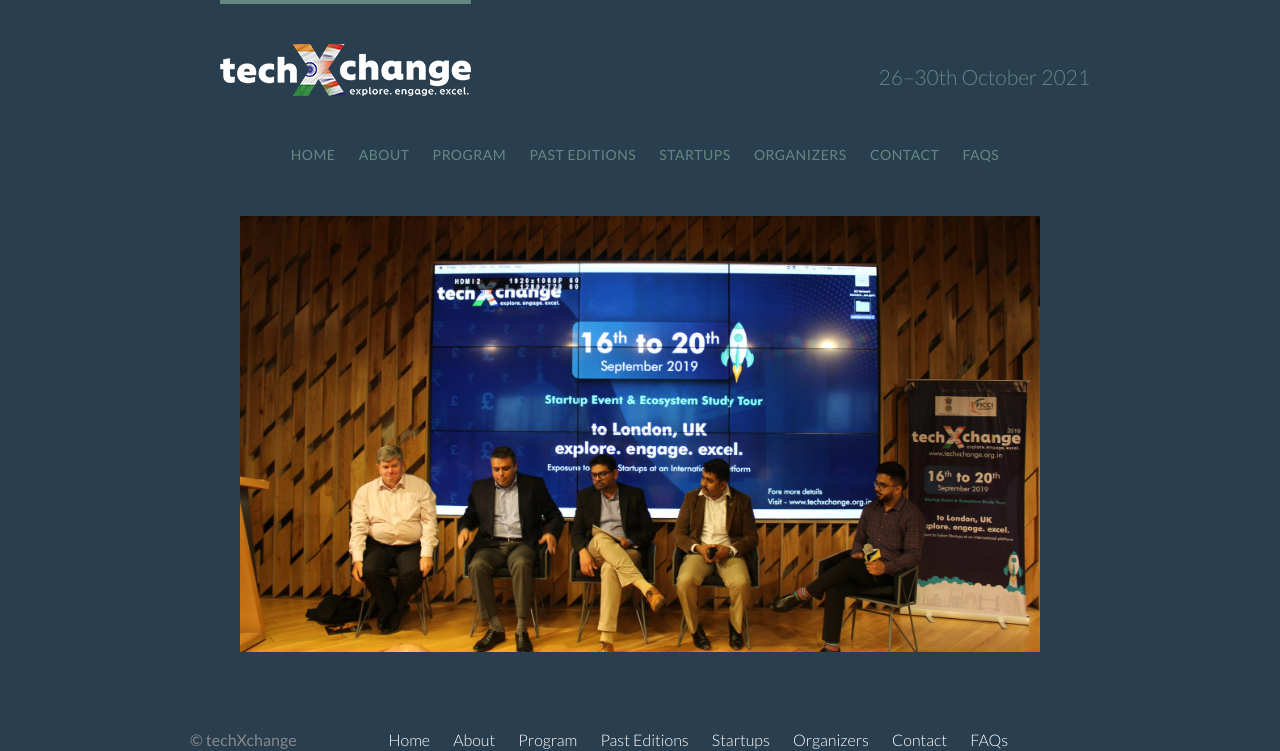
Repository: srush-shah/techXchange
Page: index.html
An editor plug-in stored every save of this project. The page is shown before and after a run of saves, followed by the edit.
The browser window is 1280 px wide. The pictures show the whole page.

Above is the page before, as saved 2021-07-16 04:26:24.

After the next 4 saves:
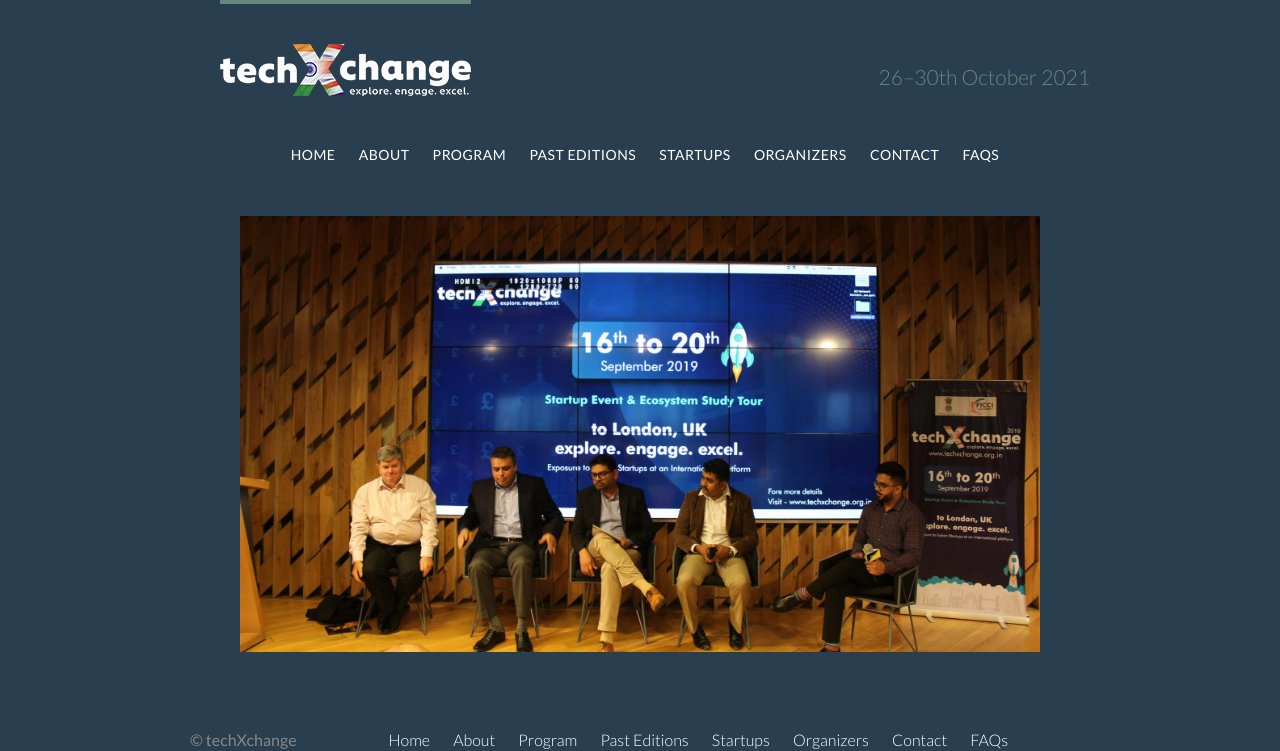
The 4 saves are shown as one change because they came seconds apart.
The last was saved 3 min 51 s later.
--- a/index.html
+++ b/index.html
@@ -54,7 +54,7 @@
         ></a>
       </section>
     </header>
-    <nav class="nav primary-nav">
+    <nav class="primary-header nav primary-nav">
       <ul>
         <li><a href="index.html">Home</a></li>
         <!--

After the save that followed:
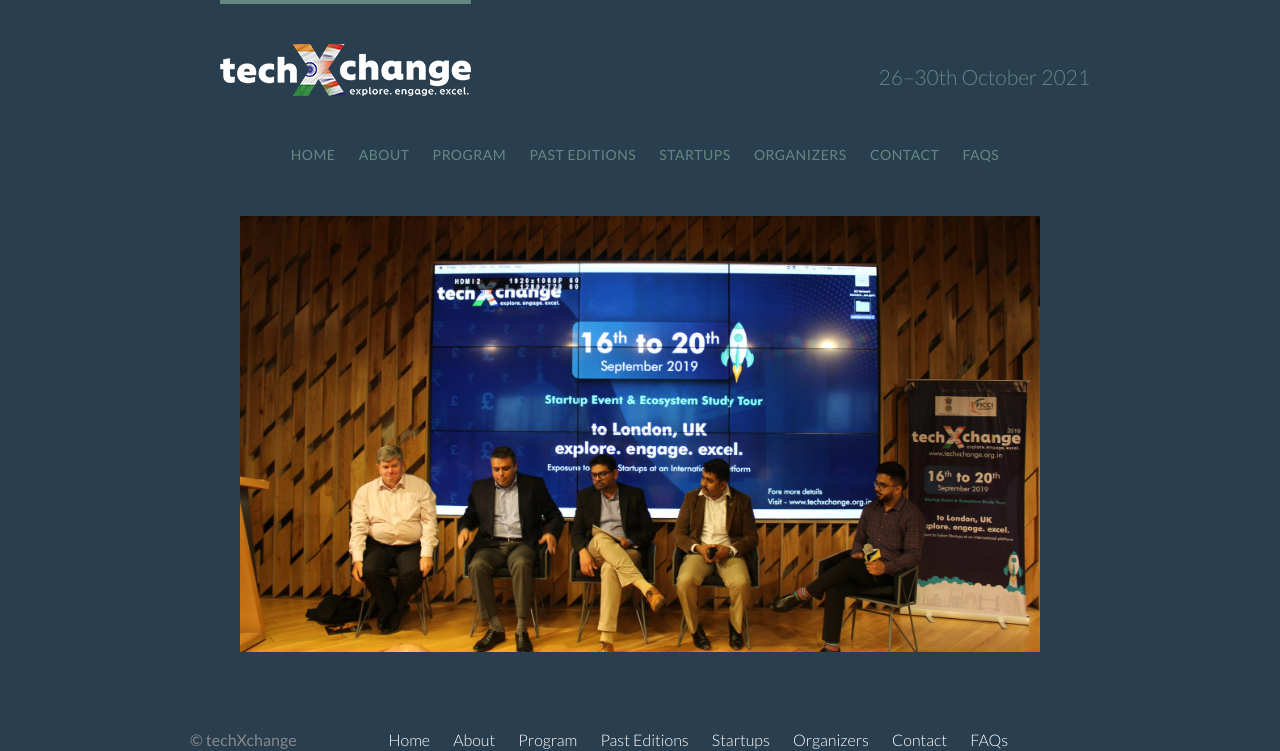
Saved 33 s later.
--- a/index.html
+++ b/index.html
@@ -54,7 +54,7 @@
         ></a>
       </section>
     </header>
-    <nav class="primary-header nav primary-nav">
+    <nav class="nav primary-nav">
       <ul>
         <li><a href="index.html">Home</a></li>
         <!--
